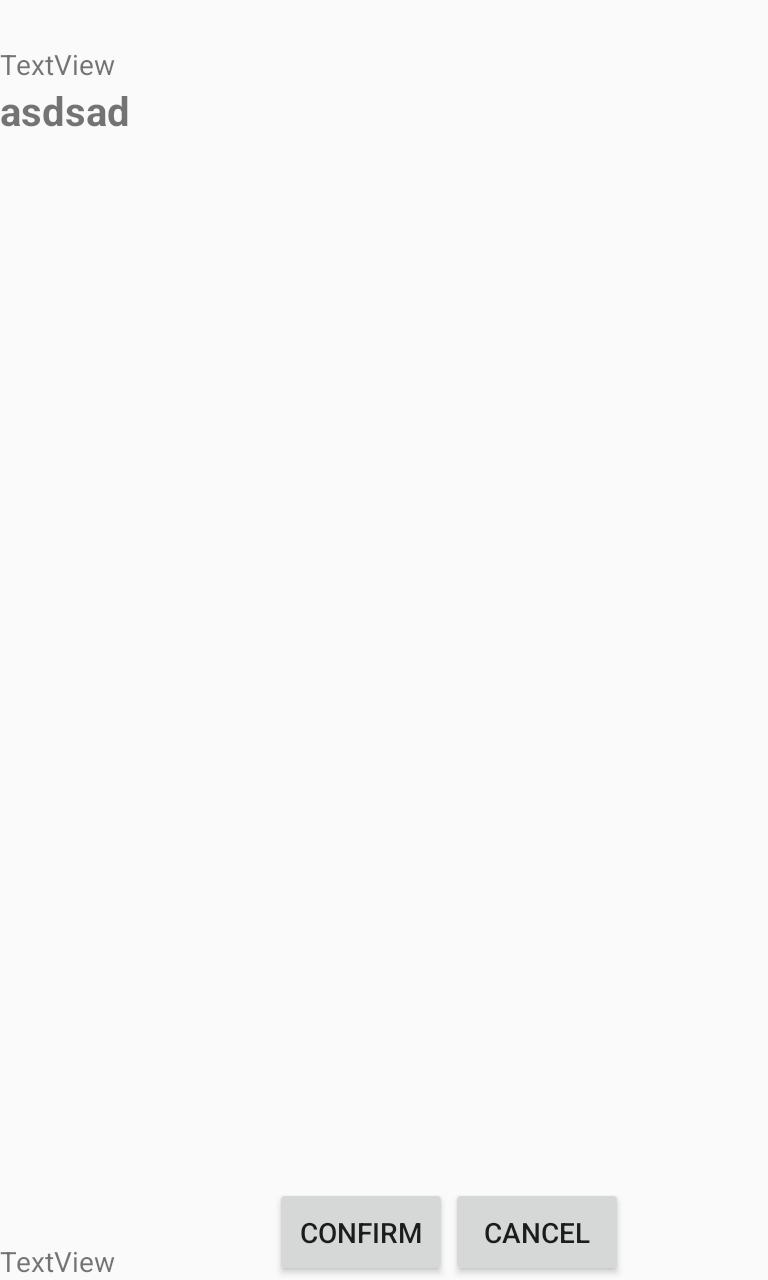
Repository: TeamZhao/Assignment-Tracker
Layout: AssignmentTracker/res/layout/activity_delete_semester_confirmation.xml
An editor plug-in stored every save of this project. The layout is shown before and after the next save, followed by the edit.
It is drawn on a 768 x 1280 px phone screen (xhdpi) without system bars, with theme AppTheme; the app's code is not run.

Above is the layout before, as saved 2014-11-15 06:13:40.

### AssignmentTracker/res/layout/activity_delete_semester_confirmation.xml
<TableLayout xmlns:android="http://schemas.android.com/apk/res/android"
    xmlns:tools="http://schemas.android.com/tools"
    android:layout_width="match_parent"
    android:layout_height="match_parent"
    android:layout_alignLeft="@+id/textView_DisplaySemContents"
    android:layout_below="@+id/textView_DisplaySemContents"
    tools:context="com.example.assignmenttracker.DeleteSemesterConfirmationActivity" >

    <TableRow
        android:id="@+id/tableRow1"
        android:layout_width="wrap_content"
        android:layout_height="wrap_content"
        android:layout_weight="1"
        android:gravity="bottom"
        android:orientation="horizontal" >

        <LinearLayout
            android:layout_width="wrap_content"
            android:layout_height="wrap_content"
            android:orientation="vertical" >

            <TextView
                android:id="@+id/textView_SemInfoNotice"
                android:layout_width="wrap_content"
                android:layout_height="wrap_content"
                android:text="TextView" />

            <TextView
                android:id="@+id/textView_DisplaySemTitle"
                android:layout_width="wrap_content"
                android:layout_height="wrap_content"
                android:layout_alignParentLeft="true"
                android:layout_alignParentTop="true"
                android:scrollbarAlwaysDrawVerticalTrack="true"
                android:scrollbarStyle="insideOverlay"
                android:scrollbars="vertical"
                android:text="asdsad"
                android:textSize="20sp"
                android:textStyle="bold" />
        </LinearLayout>
    </TableRow>

    <TableRow
        android:id="@+id/tableRow2"
        android:layout_width="wrap_content"
        android:layout_height="wrap_content"
        android:layout_weight="20" >

        <TextView
            android:id="@+id/textView_DisplaySemContents"
            android:layout_width="wrap_content"
            android:layout_height="wrap_content"
            android:layout_alignParentLeft="true"
            android:layout_alignParentTop="true"
            android:scrollbarAlwaysDrawVerticalTrack="true"
            android:scrollbarStyle="insideOverlay"
            android:scrollbars="vertical"
            android:text="" />
    </TableRow>

    <TableRow
        android:id="@+id/tableRow3"
        android:layout_width="wrap_content"
        android:layout_height="wrap_content"
        android:layout_weight="1">

    </TableRow>
    <TableRow
        android:id="@+id/tableRow4"
        android:layout_width="wrap_content"
        android:layout_height="wrap_content"
        android:layout_weight="1"
        android:gravity="bottom|center|" >

            <TextView
                android:id="@+id/textView_ContinueNotice"
                android:layout_width="wrap_content"
                android:layout_height="wrap_content"
                android:text="TextView" />

            <LinearLayout
                android:layout_width="wrap_content"
                android:layout_height="wrap_content"
                android:layout_weight="1"
                android:gravity="center">

                <Button
                    android:id="@+id/btn_deleteSem"
                    android:layout_width="wrap_content"
                    android:layout_height="wrap_content"
                    android:text="@string/confirm" />

                <Button
                    android:id="@+id/btn_cancelDeleteSem"
                    android:layout_width="wrap_content"
                    android:layout_height="wrap_content"
                    android:text="@string/cancel" />
            </LinearLayout>

    </TableRow>

</TableLayout>

### AssignmentTracker/res/values/strings.xml
<?xml version="1.0" encoding="utf-8"?>
<resources>

    <string name="app_name">Assignment Tracker</string>
    <string name="hello_world">Hello world!</string>
    <string name="action_settings">Settings</string>
    <string name="title_activity_add_semester">Add New Semester</string>
    <string name="semesterDetails">Add semester</string>
    <string name="semesterNo">Enter your semester number</string>
    <string name="semesterName">Enter the semester name and other info</string>
    <string name="addSemester">Add</string>
    <string name="cancelSemester">Cancel</string>
    <string name="nameOfSemester">Name</string>
    <string name="semester">Semester</string>
    <string name="title_activity_main">Assignment Tracker</string>
    <string name="instsuction_add">Please press menu button on the upper right corner to add new record.</string>
    <string name="add_semester">Add Semester</string>
    <string name="add_course">Add Course/Project</string>
    <string name="add_assignment">Add Assignment</string>
    <string name="title_activity_add_assignment">Add New Assignment</string>
    <string name="title">Title</string>
    <string name="course">Course</string>
    <string name="due_date">Due Date</string>
    <string name="progress">Progress</string>
    <string name="add">Add</string>
    <string name="cancel">Cancel</string>
    <string name="delete">Delete</string>
    <string name="update">Update</string>
    <string name="confirm">Confirm</string>
    <string name="title_activity_update_assignment">Update Assignment</string>
    <string name="title_activity_add_course">Add New Course</string>
    <string name="course_code">Course Code</string>
    <string name="professor">Professor</string>
    <string name="course_name">Course Name</string>
    <string name="course_description">Course Description</string>
    <string name="title_activity_show_semesters">Semesters</string>
    <string name="show_semesters">Show All Semesters</string>
    <string name="title_activity_show_courses">Courses</string>
    <string name="show_courses">Show All Courses</string>
    <string name="title_activity_update_course">Update Course</string>
    <string name="title_activity_update_semester">Update Semester</string>
    <string name="Update">Update</string>
    <string name="updateSemester">Update Semester</string>
    <string name="title_activity_splash_screen">Assignment Tracker</string>
    <string name="companyLogo">Company Logo</string>
    <string name="ImA">I am a..</string>
    <string name="teacher">Teacher</string>
    <string name="student">Student</string>
    <string name="title_activity_delete_semester_confirmation">Delete Semester Confirmation</string>

</resources>

Loaded but not shown: AssignmentTracker/res/values/styles.xml (common file); AssignmentTracker/res/values-v11/styles.xml (common file); AssignmentTracker/res/values-v14/styles.xml (common file)

After the next save:
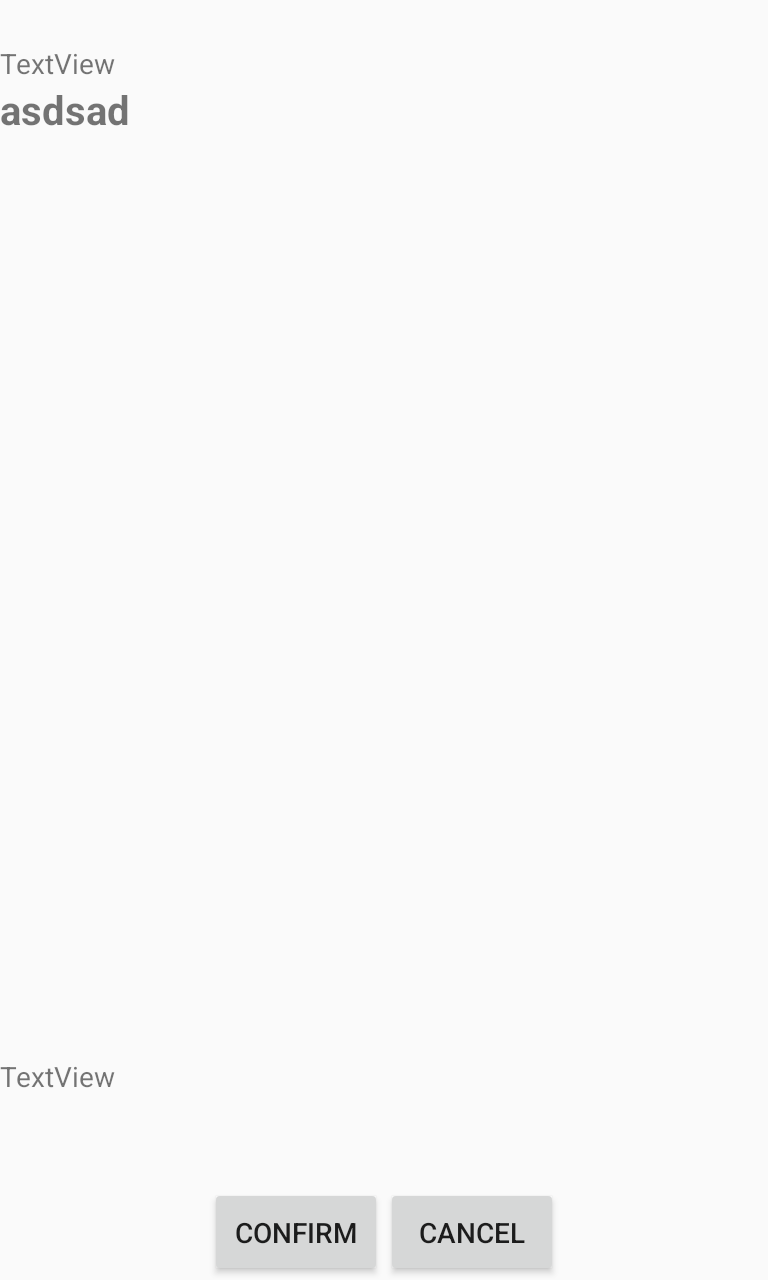
Saved 12 s later.
--- a/AssignmentTracker/res/layout/activity_delete_semester_confirmation.xml
+++ b/AssignmentTracker/res/layout/activity_delete_semester_confirmation.xml
@@ -62,9 +62,15 @@
         android:id="@+id/tableRow3"
         android:layout_width="wrap_content"
         android:layout_height="wrap_content"
-        android:layout_weight="1">
+        android:layout_weight="1" >
 
+        <TextView
+            android:id="@+id/textView_ContinueNotice"
+            android:layout_width="wrap_content"
+            android:layout_height="wrap_content"
+            android:text="TextView" />
     </TableRow>
+
     <TableRow
         android:id="@+id/tableRow4"
         android:layout_width="wrap_content"
@@ -72,31 +78,24 @@
         android:layout_weight="1"
         android:gravity="bottom|center|" >
 
-            <TextView
-                android:id="@+id/textView_ContinueNotice"
+        <LinearLayout
+            android:layout_width="wrap_content"
+            android:layout_height="wrap_content"
+            android:layout_weight="1"
+            android:gravity="center" >
+
+            <Button
+                android:id="@+id/btn_deleteSem"
                 android:layout_width="wrap_content"
                 android:layout_height="wrap_content"
-                android:text="TextView" />
+                android:text="@string/confirm" />
 
-            <LinearLayout
+            <Button
+                android:id="@+id/btn_cancelDeleteSem"
                 android:layout_width="wrap_content"
                 android:layout_height="wrap_content"
-                android:layout_weight="1"
-                android:gravity="center">
-
-                <Button
-                    android:id="@+id/btn_deleteSem"
-                    android:layout_width="wrap_content"
-                    android:layout_height="wrap_content"
-                    android:text="@string/confirm" />
-
-                <Button
-                    android:id="@+id/btn_cancelDeleteSem"
-                    android:layout_width="wrap_content"
-                    android:layout_height="wrap_content"
-                    android:text="@string/cancel" />
-            </LinearLayout>
-
+                android:text="@string/cancel" />
+        </LinearLayout>
     </TableRow>
 
 </TableLayout>
